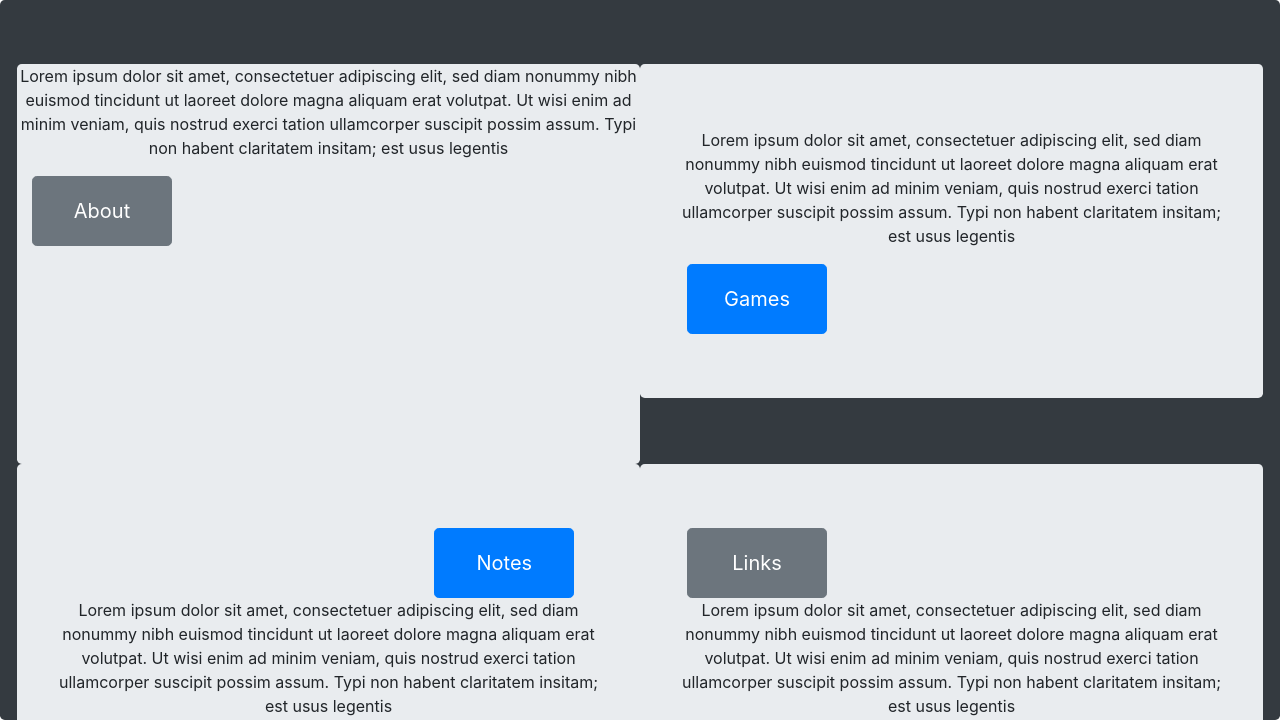
Repository: Kamicoda/Noteblock
Page: index.html
The author's editor kept a record of every edit. The page is drawn from the files as they stood at one moment, then again after the next edit.
The browser window is 1280 px wide. The pictures show the whole page.
Some web libraries are served in a nearby version.

Above is the page before.

After the next edit:
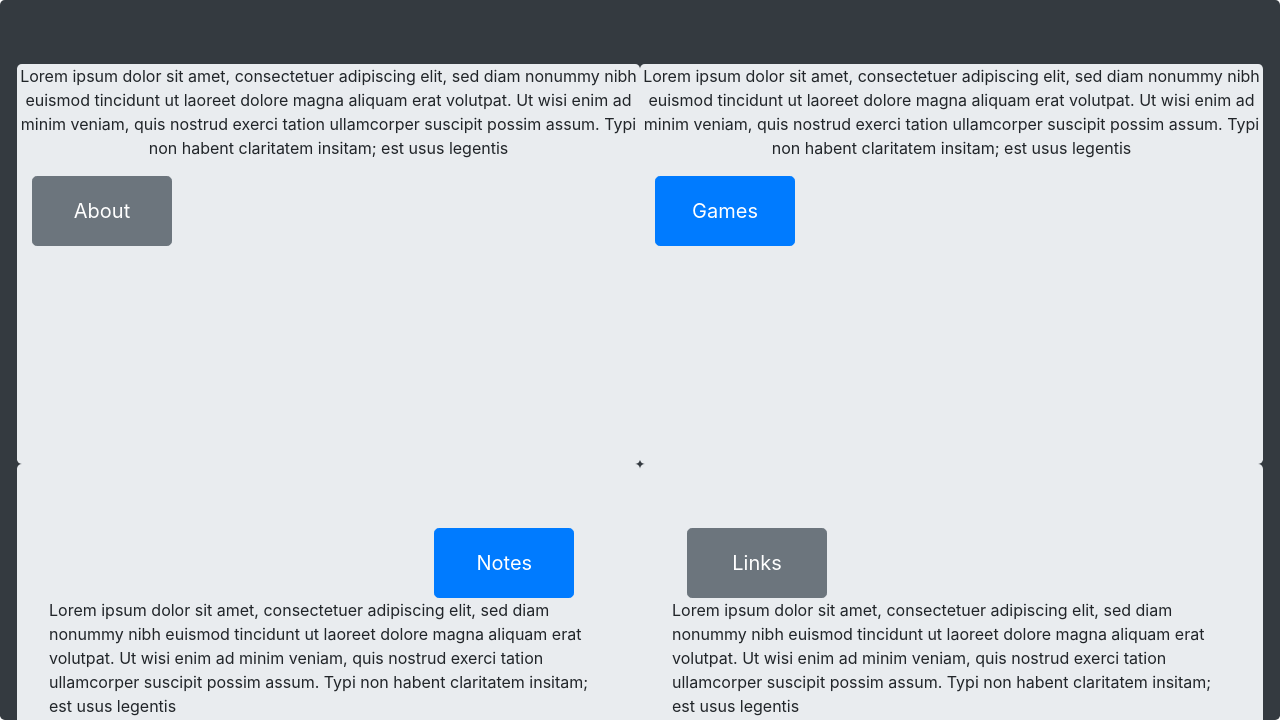
The edit:
--- a/index.html
+++ b/index.html
@@ -52,8 +52,8 @@
                 </div>
 
                 <div class="col-6 games">
-                    <div class="container cgames">
-                        <div class="jumbotron">
+
+                        <div class="jumbotron cgames">
                             <div class="row">
                                 <div class="col">
                                     <p>Lorem ipsum dolor sit amet, consectetuer adipiscing elit, sed diam nonummy nibh euismod tincidunt ut laoreet dolore magna aliquam erat volutpat. Ut wisi enim ad minim veniam, quis nostrud exerci tation ullamcorper suscipit
